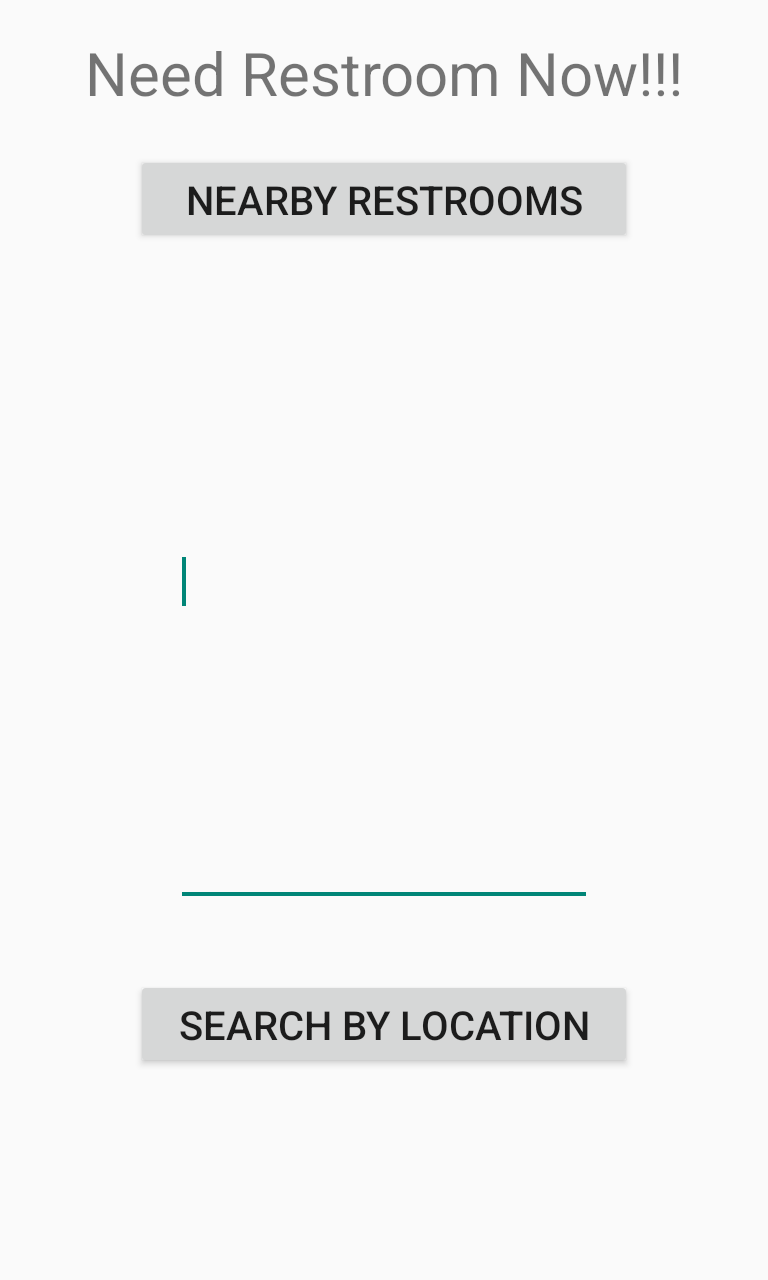
Repository: SarahDowlath/DebraGotToGo
Layout: GottahGo!/res/layout/fragment_main.xml
The author's editor kept a copy of each file at every save. The layout is drawn from the files as they stood at one save, then again after the next save.
It is drawn on a 768 x 1280 px phone screen (xhdpi) without system bars, with theme AppTheme; the app's code is not run.

Above is the layout before, as saved 2014-07-08 16:47:50.

After the next save:
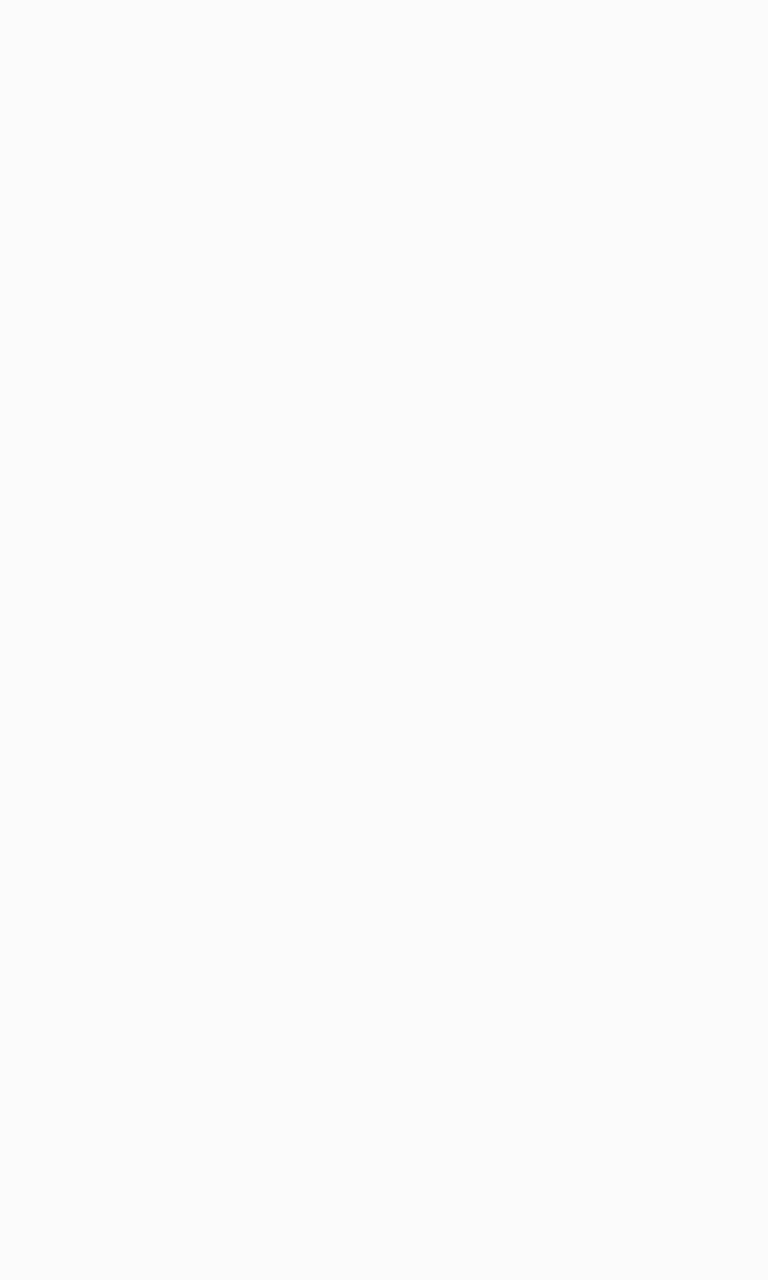
Saved 82 s later.
--- a/GottahGo!/res/layout/fragment_main.xml
+++ b/GottahGo!/res/layout/fragment_main.xml
@@ -47,6 +47,7 @@
         android:id="@+id/bsearch"
         android:layout_width="250dp"
         android:layout_height="wrap_content"
+        android:layout_below="@+id/editText1"
         android:layout_alignLeft="@+id/bmap"
         android:layout_alignParentBottom="true"
         android:layout_marginBottom="88dp"

After the save that followed:
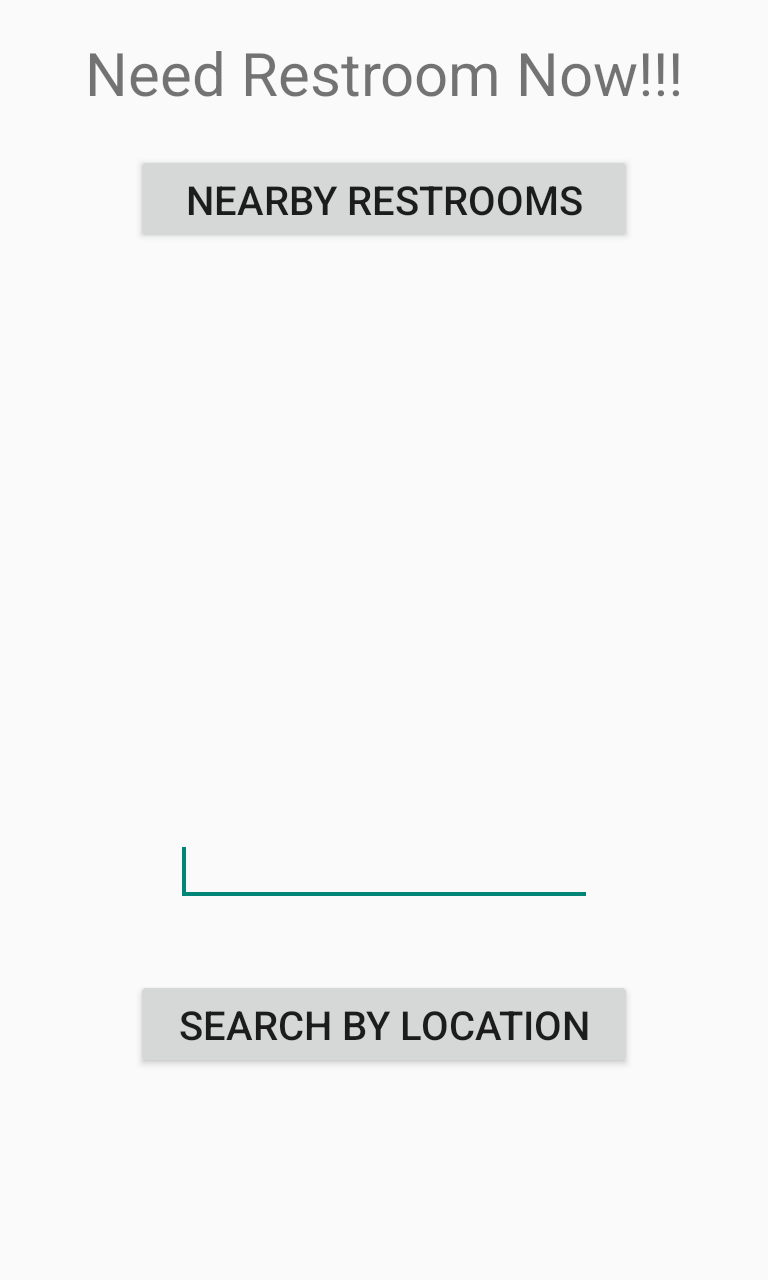
Saved 2 min 16 s later.
--- a/GottahGo!/res/layout/fragment_main.xml
+++ b/GottahGo!/res/layout/fragment_main.xml
@@ -34,7 +34,7 @@
         android:id="@+id/editText1"
         android:layout_width="wrap_content"
         android:layout_height="wrap_content"
-        android:layout_below="@+id/bmap"
+
         android:layout_above="@+id/bsearch"
         android:layout_centerHorizontal="true"
         android:layout_marginBottom="33dp"
@@ -47,7 +47,7 @@
         android:id="@+id/bsearch"
         android:layout_width="250dp"
         android:layout_height="wrap_content"
-        android:layout_below="@+id/editText1"
+
         android:layout_alignLeft="@+id/bmap"
         android:layout_alignParentBottom="true"
         android:layout_marginBottom="88dp"
